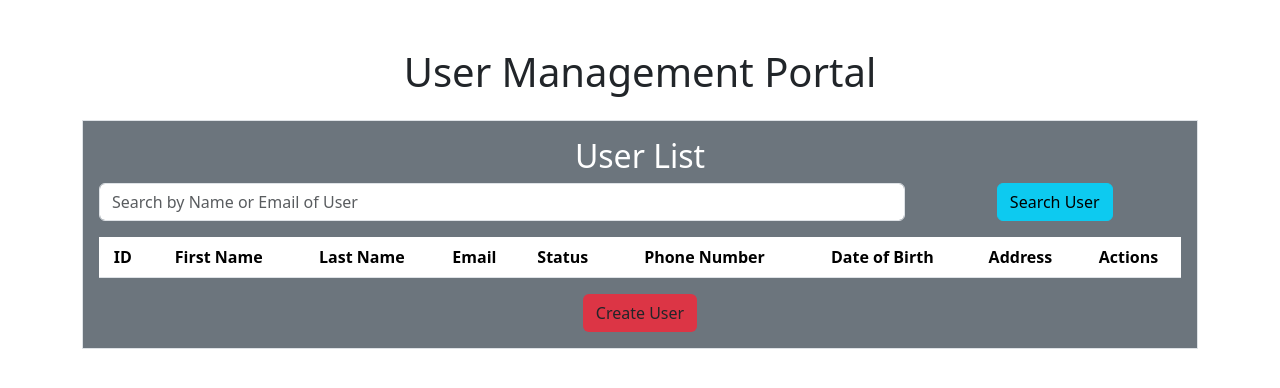
Repository: nairshreejith/reactstudent3
Page: /
These files come from the project's save history. The page is drawn as it stood at one moment and after the next save; the edit follows.
The browser window is 1280 px wide. The pictures show the whole page.
The page's requests for data from a server got no answer. The project was rebuilt for these pictures with package versions that can differ from the ones it lists, and the page was loaded fresh each time. No one was signed in, and anything a server would have sent is missing.

Above is the page before, as saved 2023-09-15 18:57:33.

### src/App.js
import React, { useState, useEffect } from 'react';
import './App.css';
import './custom.css';
import axios from 'axios';

const api = axios.create({
  baseURL: 'http://localhost:8091', // Replace with your server's URL
});

function App() {
  const [users, setUsers] = useState([]);
  const [searchTerm, setSearchTerm] = useState('');
  const [newUser, setNewUser] = useState({
    firstname: '',
    lastname: '',
    email: '',
    status: '',
    phonenumber: '',
    dob: '',
    address: '',
  });
  const [editingUser, setEditingUser] = useState(null);
  const [showCreateForm, setShowCreateForm] = useState(false); // Track whether to display the create user form

  useEffect(() => {
    fetchUsers();
  }, []);

  const fetchUsers = () => {
    api.get(`/api/users`)
      .then((response) => setUsers(response.data))
      .catch((error) => console.error(error));
  };

  const handleSearch = () => {
    api.get(`/api/users/search/${searchTerm}`)
      .then((response) => setUsers(response.data))
      .catch((error) => console.error(error));
  };

  const handleCreateUser = () => {
    api.post('/api/users', newUser)
      .then(() => {
        fetchUsers();
        setNewUser({
          firstname: '',
          lastname: '',
          email: '',
          status: '',
          phonenumber: '',
          dob: '',
          address: '',
        });
        setShowCreateForm(false);
      })
      .catch((error) => console.error(error));
  };

  const handleModifyUser = (id) => {
    // Implement the logic to modify a user's data
    const modifiedUserData = users.find((user) => user.id === id);

    api.put(`/api/users/${id}`, modifiedUserData)
      .then(() => {
        // Refresh user list after modification
        fetchUsers();
        setEditingUser(null); // Clear the editing state
      })
      .catch((error) => console.error(error));
  };

  const handleDeleteUser = (id) => {
    api.delete(`/api/users/${id}`)
      .then(() => {
        fetchUsers();
      })
      .catch((error) => console.error(error));
  };

  return (
    <div className="App container mt-5">
      <h1 className="mb-4">User Management Portal</h1>
      <div className="border bg-secondary text-white p-3 mb-4">
        <h2>User List</h2>
        <div className="mb-3">
          <div className="row">
            <div className="col-md-9">
              <input type="text" className="form-control" placeholder="Search by Name or Email of User" value={searchTerm} onChange={(e) => setSearchTerm(e.target.value)} />
            </div>
            <div className="col-md-3">
              <button className="btn btn-info" onClick={handleSearch}>Search User</button>
            </div>
          </div>
        </div>
        <table className="table table-striped">
          <thead>
            <tr>
              <th>ID</th>
              <th>First Name</th>
              <th>Last Name</th>
              <th>Email</th>
              <th>Status</th>
              <th>Phone Number</th>
              <th>Date of Birth</th>
              <th>Address</th>
              <th>Actions</th>
            </tr>
          </thead>
          <tbody>
            {users.map((user) => (
              <tr key={user.id}>
                <td>{user.id}</td>
                <td>
                  {editingUser === user.id ? (
                    <input
                      type="text"
                      className="form-control"
                      value={user.firstname}
                      onChange={(e) => {
                        const updatedUser = { ...user, firstname: e.target.value };
                        const updatedUsers = [...users];
                        updatedUsers[updatedUsers.findIndex((u) => u.id === user.id)] = updatedUser;
                        setUsers(updatedUsers);
                      }}
                    />
                  ) : (
                    user.firstname
                  )}
                </td>
                {/* Render other user attributes */}
                <td>{user.lastname}</td>
                <td>{user.email}</td>
                <td>{user.status}</td>
                <td>{user.phonenumber}</td>
                <td>{user.dob}</td>
                <td>{user.address}</td>
                <td>
                  {editingUser === user.id ? (
                    <button className="btn btn-success" onClick={() => handleModifyUser(user.id)}>Save User</button>
                  ) : (
                    <>
                      <button className="btn btn-warning" onClick={() => setEditingUser(user.id)}>Edit User</button>
                      <button className="btn btn-danger" onClick={() => handleDeleteUser(user.id)}>Delete User</button>
                    </>
                  )}
                </td>
              </tr>
            ))}
          </tbody>
        </table>
        <button className="btn bg-danger" onClick={() => setShowCreateForm(!showCreateForm)}>
          {showCreateForm ? "Cancel" : "Create User"}
        </button>
        {showCreateForm && (
          <div>
            <h2>Create New User</h2>
            <div className="row">
              <div className="col-md-3">
                <input type="text" className="form-control" placeholder="First Name" value={newUser.firstname} onChange={(e) => setNewUser({ ...newUser, firstname: e.target.value })} />
              </div>
              <div className="col-md-3">
                <input type="text" className="form-control" placeholder="Last Name" value={newUser.lastname} onChange={(e) => setNewUser({ ...newUser, lastname: e.target.value })} />
              </div>
              <div className="col-md-3">
                <input type="text" className="form-control" placeholder="Email" value={newUser.email} onChange={(e) => setNewUser({ ...newUser, email: e.target.value })} />
              </div>
              <div className="col-md-3">
                <input type="text" className="form-control" placeholder="Status" value={newUser.status} onChange={(e) => setNewUser({ ...newUser, status: e.target.value })} />
              </div>
            </div>
            <div className="row mt-3">
              <div className="col-md-3">
                <input type="text" className="form-control" placeholder="Phone Number" value={newUser.phonenumber} onChange={(e) => setNewUser({ ...newUser, phonenumber: e.target.value })} />
              </div>
              <div className="col-md-3">
                <input type="text" className="form-control" placeholder="Date of Birth" value={newUser.dob} onChange={(e) => setNewUser({ ...newUser, dob: e.target.value })} />
              </div>
              <div className="col-md-3">
                <input type="text" className="form-control" placeholder="Address" value={newUser.address} onChange={(e) => setNewUser({ ...newUser, address: e.target.value })} />
              </div>
              <div className="mb-4 p-3">
                <button className="btn bg-success" onClick={handleCreateUser}>Create User</button>
              </div>
            </div>
          </div>
        )}
      </div>
    </div>
  );
}

export default App;

### src/App.css
.App {
  text-align: center;

}


.App-logo {
  height: 40vmin;
  pointer-events: none;
}

@media (prefers-reduced-motion: no-preference) {
  .App-logo {
    animation: App-logo-spin infinite 20s linear;
  }
}

.App-header {
  background-color: black;
  min-height: 100vh;
  display: flex;
  flex-direction: column;
  align-items: center;
  justify-content: center;
  font-size: calc(10px + 2vmin);
  color: white;
}

.App-link {
  color: #61dafb;
}

@keyframes App-logo-spin {
  from {
    transform: rotate(0deg);
  }
  to {
    transform: rotate(360deg);
  }
}

### src/custom.css



body {
    background-color: black;
    color: white; /* Set the text color to white */
}

Loaded but not shown: public/index.html (common file); src/index.js (common file); src/reportWebVitals.js (common file); src/index.css (no stored copy; drawn as an empty file)

After the next save:
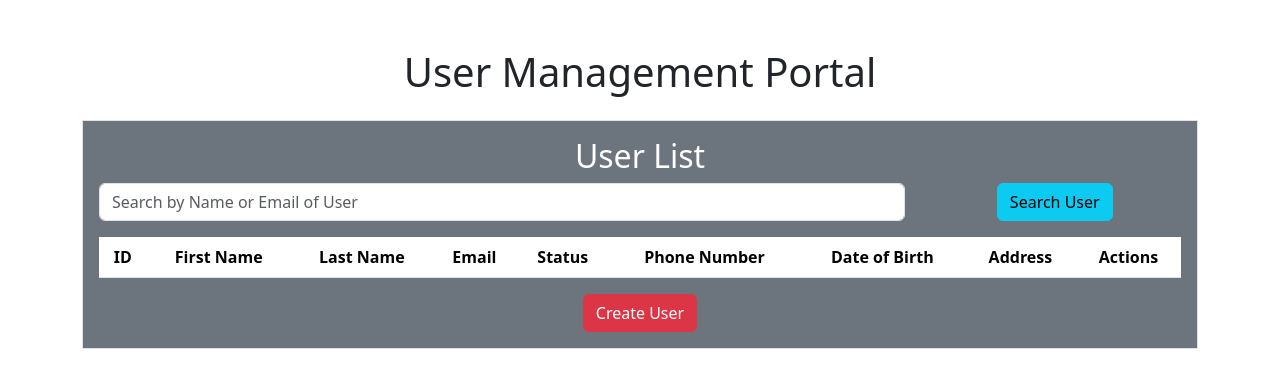
Saved 34 s later.
--- a/src/App.js
+++ b/src/App.js
@@ -148,7 +148,7 @@ function App() {
             ))}
           </tbody>
         </table>
-        <button className="btn bg-danger" onClick={() => setShowCreateForm(!showCreateForm)}>
+        <button className="btn bg-danger text-white" onClick={() => setShowCreateForm(!showCreateForm)}>
           {showCreateForm ? "Cancel" : "Create User"}
         </button>
         {showCreateForm && (
@@ -179,7 +179,7 @@ function App() {
                 <input type="text" className="form-control" placeholder="Address" value={newUser.address} onChange={(e) => setNewUser({ ...newUser, address: e.target.value })} />
               </div>
               <div className="mb-4 p-3">
-                <button className="btn bg-success" onClick={handleCreateUser}>Create User</button>
+                <button className="btn bg-success text-white" onClick={handleCreateUser}>Create User</button>
               </div>
             </div>
           </div>
